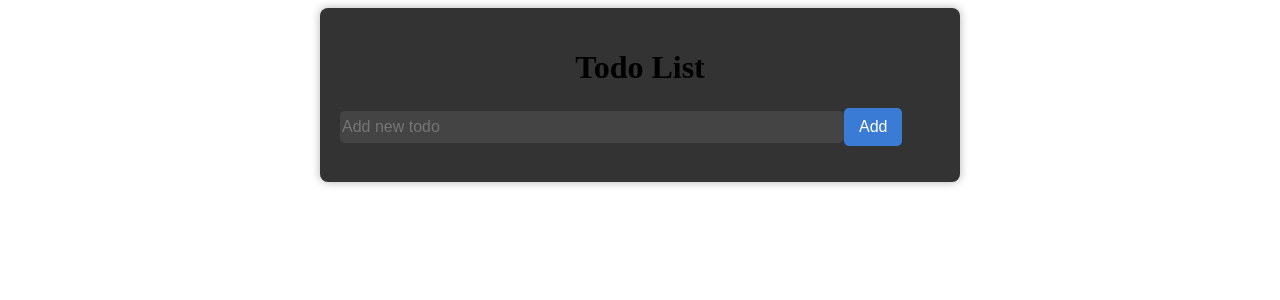
Repository: Tobby004/Todo-assignment
Page: / (app in todo-list-app/)
These files come from the project's save history. The page is drawn as it stood at one moment and after the next save; the edit follows.
The browser window is 1280 px wide. The pictures show the whole page.
The project was rebuilt for these pictures with package versions that can differ from the ones it lists, and the page was loaded fresh each time. Also part of the build but not shown: todo-list-app/vue.config.js.

Above is the page before, as saved 2023-12-06 16:09:42.

After the next save:
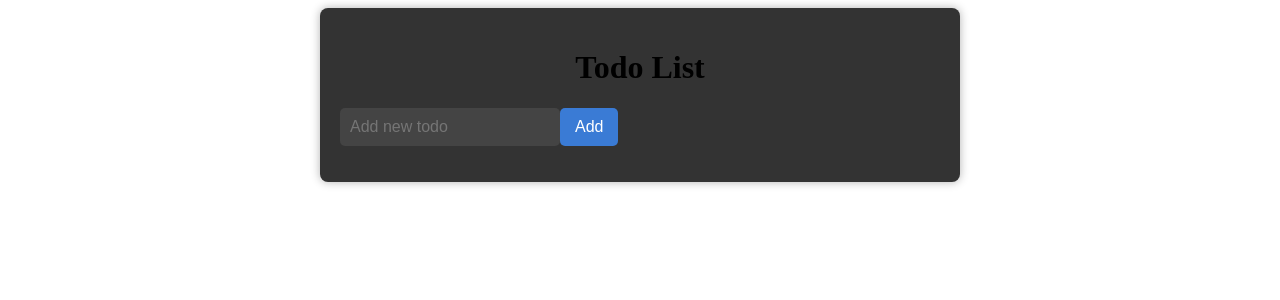
Saved 49 s later.
--- a/todo-list-app/src/App.vue
+++ b/todo-list-app/src/App.vue
@@ -78,13 +78,13 @@ h1 {
 }
 
 .input-field {
-  width: calc(100% - 100px);
+  width: 200px; /* Reducing input width */
+  padding: 10px;
   border: none;
   border-radius: 5px;
   font-size: 16px;
   background-color: #444;
   color: #eee;
-  height:30px ;
 }
 
 .add-button {
